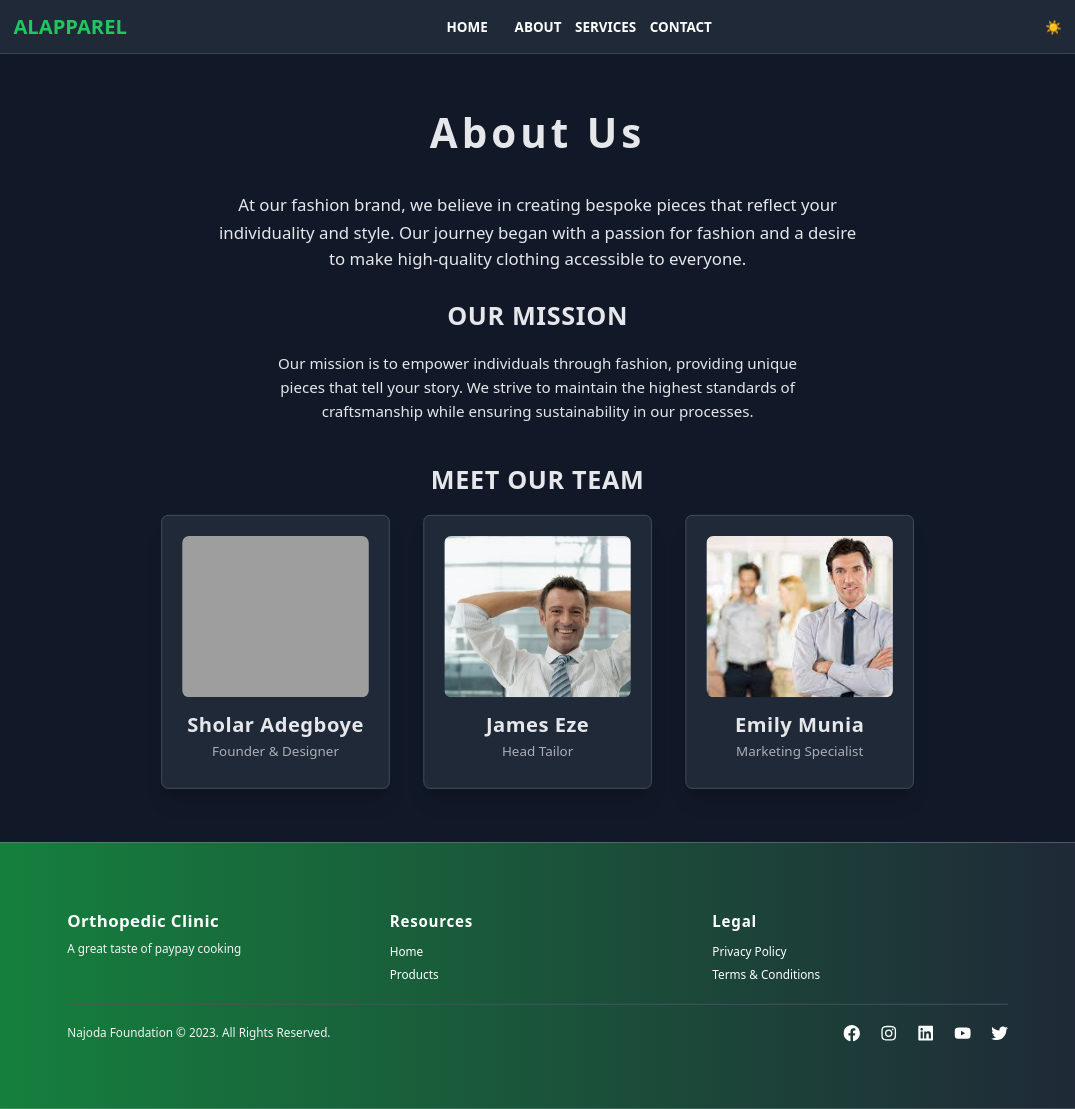
Repository: countaustin1990/file-C-Users-user-Documents-Final-20Cart
Page: /about (app in Documents/BXXXN/my-app/)
An editor plug-in stored every save of this project. The page is shown before and after the next save, followed by the edit.
The browser window is 1280 px wide. The pictures show the whole page, at 84% of full size.
Pictures or frames that could not be fetched are drawn as grey boxes. The project was rebuilt for these pictures with package versions that can differ from the ones it lists, and the page was loaded fresh each time. Also part of the build but not shown: Documents/BXXXN/my-app/vite.config.js, Documents/BXXXN/my-app/src/components/folder/HeroSection.test.jsx, Documents/BXXXN/my-app/src/components/horizontalscroll/style.css, Documents/BXXXN/my-app/src/components/horizontalscroll/HorizontalScroll.test.jsx, Documents/BXXXN/my-app/src/pages/home/Home.test.jsx, Documents/BXXXN/my-app/src/pages/contact/Contact.jsx, Documents/BXXXN/my-app/src/pages/services/Services.test.jsx.

Above is the page before, as saved 2024-11-01 09:59:29.

After the next save:
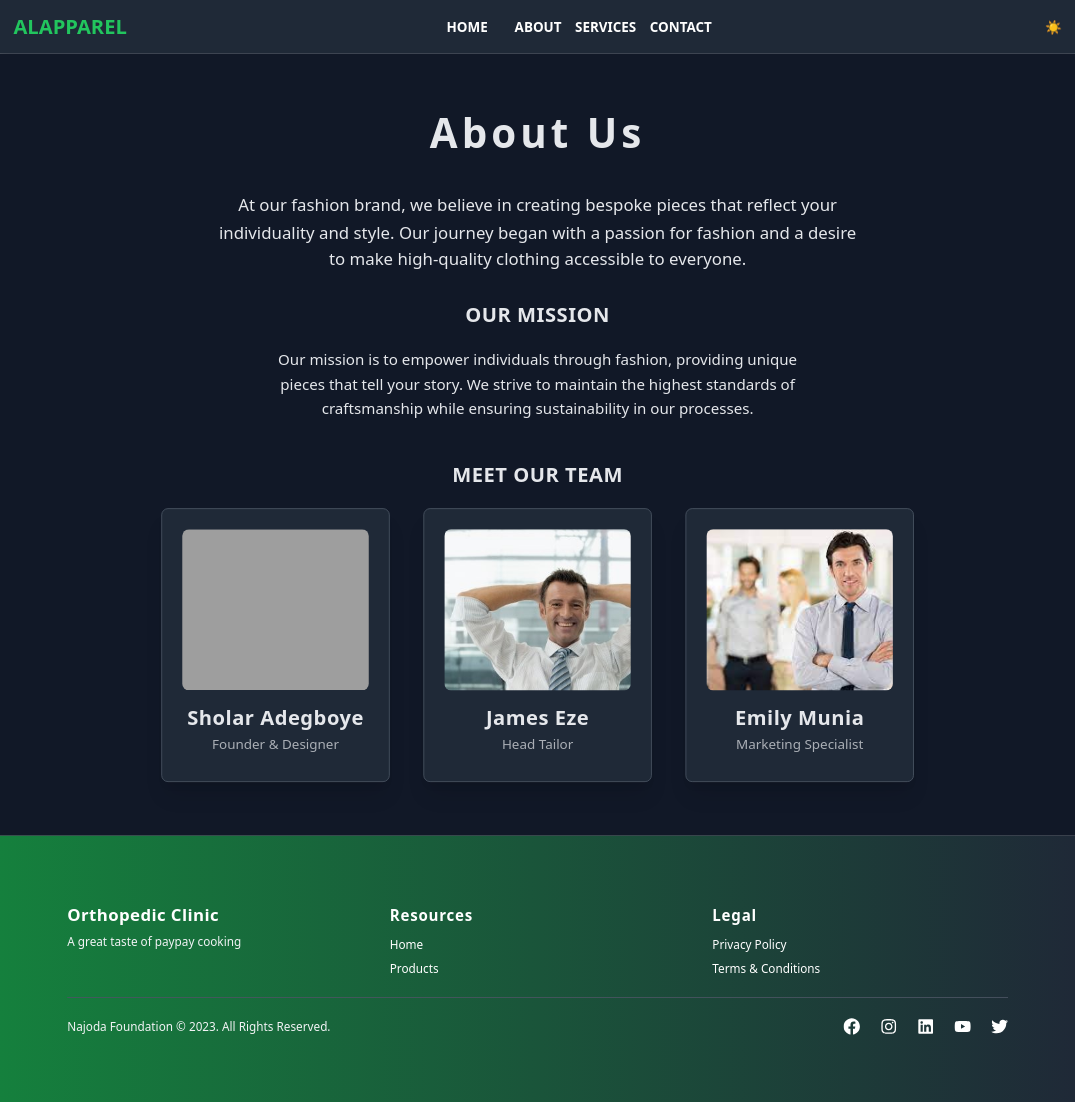
Saved 44 s later.
--- a/Documents/BXXXN/my-app/src/pages/about/About.test.jsx
+++ b/Documents/BXXXN/my-app/src/pages/about/About.test.jsx
@@ -34,13 +34,13 @@ const About = ({ theme }) => {
       <p className="text-xl text-center mb-8 max-w-3xl mx-auto leading-relaxed">
         At our fashion brand, we believe in creating bespoke pieces that reflect your individuality and style. Our journey began with a passion for fashion and a desire to make high-quality clothing accessible to everyone.
       </p>
-      <h2 className="text-3xl font-semibold mb-6 text-center uppercase tracking-wide">
+      <h2 className="text-2xl font-semibold mb-6 text-center uppercase tracking-wide">
         Our Mission
       </h2>
       <p className="text-lg text-center mb-12 max-w-2xl mx-auto leading-relaxed">
         Our mission is to empower individuals through fashion, providing unique pieces that tell your story. We strive to maintain the highest standards of craftsmanship while ensuring sustainability in our processes.
       </p>
-      <h2 className="text-3xl font-semibold mb-6 text-center uppercase tracking-wide">
+      <h2 className="text-2xl font-semibold mb-6 text-center uppercase tracking-wide">
         Meet Our Team
       </h2>
       <div className="grid grid-cols-1 md:grid-cols-2 lg:grid-cols-3 gap-10">
